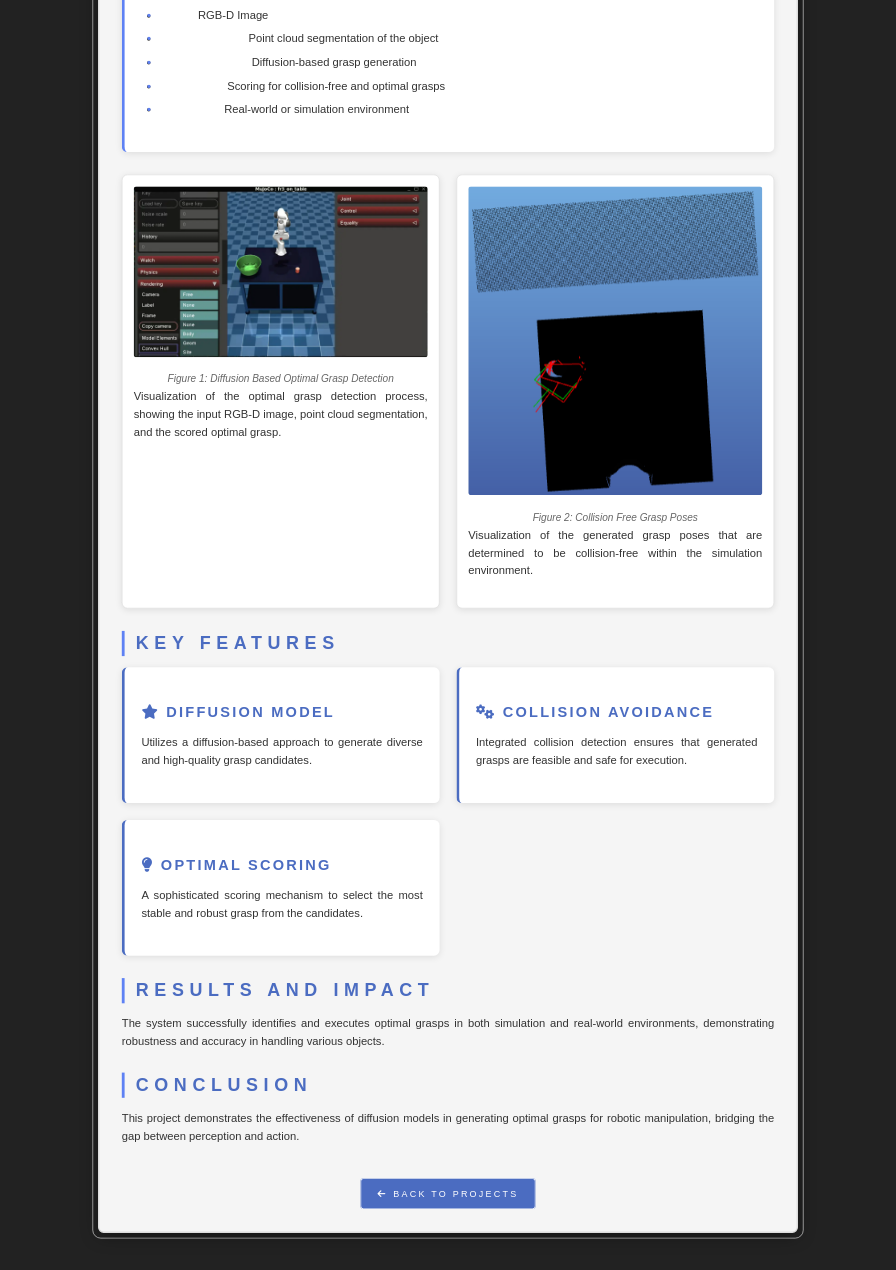
Repository: bk-poudel/bk-poudel.github.io
Page: projects/optimal_grasp_diffusion.html
The author's editor kept a copy of each file at every save. The page is drawn from the files as they stood at one save, then again after the next save.
The browser window is 1280 px wide. The pictures show the part of the page from y = 645 to 2565 px (the page is 2459 px tall before and 3165 px after), at 70% of full size.

Above is the page before, as saved 2025-12-29 01:46:29.

### projects/optimal_grasp_diffusion.html
<!DOCTYPE HTML>
<html lang="en">
<head>
    <title>Diffusion Based Optimal Grasp Detection - BK Poudel</title>
    <meta charset="utf-8" />
    <meta name="viewport" content="width=device-width, initial-scale=1, user-scalable=no" />
    <link rel="stylesheet" href="assets/css/main.css" />
    <link rel="stylesheet" href="https://cdnjs.cloudflare.com/ajax/libs/font-awesome/6.4.0/css/all.min.css" />
    <noscript><link rel="stylesheet" href="assets/css/noscript.css" /></noscript>
    <style>
        /* Consistent color scheme with dark background and light content */
        :root {
            --primary: #4b6cc1;
            --secondary: #666666;
            --accent: #5e81f4;
            --light: #f8f8f8;
            --dark: #1a1a1a;
            --text: #333333;
            --frame-color: #dddddd;
            --bg-color: #222222;
            --content-bg: #f5f5f5;
        }
        body {
            background-color: var(--bg-color);
            font-family: 'Arial', sans-serif;
            line-height: 1.6;
            padding: 20px;
        }
        .project-content {
            max-width: 1000px;
            margin: 2rem auto;
            padding: 2rem;
            background: var(--content-bg);
            border-radius: 8px;
            box-shadow: 0 4px 25px rgba(0,0,0,0.4);
            border: 2px solid var(--frame-color);
            position: relative;
            color: var(--text);
        }
        .project-content::before {
            content: "";
            position: absolute;
            top: -10px;
            left: -10px;
            right: -10px;
            bottom: -10px;
            border: 1px solid var(--frame-color);
            border-radius: 12px;
            pointer-events: none;
            z-index: -1;
        }
        h1 {
            text-align: center;
            color: var(--primary);
            font-size: 2.2rem;
            margin-bottom: 1.5rem;
            position: relative;
            padding-bottom: 1rem;
        }
        h1::after {
            content: "";
            position: absolute;
            bottom: 0;
            left: 50%;
            transform: translateX(-50%);
            width: 100px;
            height: 3px;
            background: var(--accent);
        }
        h2 {
            color: var(--primary);
            font-size: 1.6rem;
            margin-top: 2rem;
            margin-bottom: 1rem;
            border-left: 4px solid var(--accent);
            padding-left: 1rem;
        }
        h3 {
            color: var(--primary);
            font-size: 1.3rem;
            margin-top: 1.5rem;
        }
        p {
            text-align: justify;
            margin-bottom: 1.5rem;
            color: var(--text);
        }
        ul, ol {
            padding-left: 1.5rem;
            margin-bottom: 1.5rem;
        }
        li {
            margin-bottom: 0.5rem;
            position: relative;
            color: var(--text);
        }
        li::before {
            content: "•";
            color: var(--accent);
            font-weight: bold;
            position: absolute;
            left: -1rem;
        }
        .button {
            background: var(--primary);
            color: white;
            padding: 0.8rem 1.5rem;
            border-radius: 4px;
            text-decoration: none;
            display: inline-flex;
            align-items: center;
            transition: all 0.3s ease;
            font-weight: 500;
            border: none;
        }
        .button:hover {
            background: var(--accent);
            transform: translateY(-2px);
        }
        .button i {
            margin-right: 0.5rem;
        }
        .abstract {
            background-color: rgba(75, 108, 193, 0.1);
            padding: 1.5rem;
            border-radius: 8px;
            margin-bottom: 2rem;
            border-left: 4px solid var(--primary);
        }
        .figure-container {
            display: flex;
            justify-content: space-around;
            flex-wrap: wrap;
            gap: 1.5rem;
            margin: 2rem 0;
        }
        .figure {
            flex: 1;
            min-width: 250px;
            text-align: center;
            background: white;
            padding: 1rem;
            border-radius: 8px;
            box-shadow: 0 2px 10px rgba(0,0,0,0.1);
            transition: transform 0.3s ease;
            border: 1px solid #e0e0e0;
        }
        .figure:hover {
            transform: translateY(-5px);
        }
        .figure img {
            width: 100%;
            height: auto;
            object-fit: cover;
            border-radius: 4px;
            margin-bottom: 0.8rem;
        }
        .figure-caption {
            font-style: italic;
            color: var(--secondary);
            font-size: 0.9rem;
        }
        .product-item {
            margin-bottom: 2.5rem;
            background: white;
            border-radius: 8px;
            overflow: hidden;
            box-shadow: 0 2px 15px rgba(0,0,0,0.1);
            border: 1px solid #e0e0e0;
        }
        .product-header {
            background: var(--primary);
            color: white;
            padding: 1rem;
            font-weight: 600;
        }
        .product-content {
            padding: 1.5rem;
        }
        .product-image {
            width: 100%;
            max-height: 400px;
            object-fit: cover;
            border-radius: 4px;
            margin-bottom: 1rem;
        }
        .impact-points {
            display: grid;
            grid-template-columns: repeat(auto-fit, minmax(250px, 1fr));
            gap: 1.5rem;
            margin-top: 1.5rem;
        }
        .impact-point {
            background: white;
            padding: 1.5rem;
            border-radius: 8px;
            box-shadow: 0 2px 10px rgba(0,0,0,0.1);
            text-align: center;
            border: 1px solid #e0e0e0;
        }
        .impact-point i {
            font-size: 2rem;
            color: var(--primary);
            margin-bottom: 1rem;
        }
        .methodology-item {
            background: white;
            padding: 1.5rem;
            border-radius: 8px;
            margin-bottom: 1.5rem;
            box-shadow: 0 2px 10px rgba(0,0,0,0.1);
            border-left: 4px solid var(--accent);
        }
        .github-button {
            background: #333;
            color: white;
            padding: 0.8rem 1.5rem;
            border-radius: 4px;
            text-decoration: none;
            display: inline-flex;
            align-items: center;
            transition: all 0.3s ease;
            font-weight: 500;
        }
        .github-button:hover {
            background: #555;
            transform: translateY(-2px);
        }
        .feature-list {
            display: grid;
            grid-template-columns: repeat(auto-fit, minmax(300px, 1fr));
            gap: 1.5rem;
        }
        .feature-item {
            background: white;
            padding: 1.5rem;
            border-radius: 8px;
            box-shadow: 0 2px 10px rgba(0,0,0,0.1);
            border-left: 4px solid var(--primary);
        }
        .video-container {
            position: relative;
            padding-bottom: 56.25%; /* 16:9 */
            height: 0;
            margin: 2rem 0;
        }
        .video-container iframe {
            position: absolute;
            top: 0;
            left: 0;
            width: 100%;
            height: 100%;
            border-radius: 8px;
            border: 1px solid #e0e0e0;
        }
        @media (max-width: 768px) {
            .project-content {
                padding: 1.5rem;
                margin: 1rem;
            }
            h1 {
                font-size: 1.8rem;
            }
            .figure-container {
                flex-direction: column;
            }
        }
    </style>
</head>
<body class="is-preload">
    <div class="project-content">
        <h1>Diffusion Based Optimal Grasp Detection</h1>
        <div class="abstract">
            <h2>Abstract</h2>
            <p>This project implements a diffusion-based optimal grasp detection system. It takes an RGB-D image as input and segments the point cloud of the object. This segmented point cloud is then fed into a diffusion-based grasp algorithm, which scores potential grasps. The system performs collision-free grasp detection and identifies the optimal grasp, which is then executed in a real-world or simulation environment.</p>
        </div>
        <!-- For technical projects -->
        <div class="technologies-used">
            <h2>Technical Implementation</h2>
            <div class="methodology-item">
                <h3><i class="fas fa-code"></i> Algorithm Pipeline</h3>
                <ul>
                    <li><strong>Input:</strong> RGB-D Image</li>
                    <li><strong>Preprocessing:</strong> Point cloud segmentation of the object</li>
                    <li><strong>Core Algorithm:</strong> Diffusion-based grasp generation</li>
                    <li><strong>Evaluation:</strong> Scoring for collision-free and optimal grasps</li>
                    <li><strong>Execution:</strong> Real-world or simulation environment</li>
                </ul>
            </div>
        </div>
        <!-- Image/Diagram Gallery -->
        <div class="figure-container">
            <div class="figure">
                <img src="../assets/project_images/diffusion_optimal_grasp/optimal_grasp.webp" alt="Optimal Grasp Detection">
                <div class="figure-caption">Figure 1: Diffusion Based Optimal Grasp Detection</div>
                <p>Visualization of the optimal grasp detection process, showing the input RGB-D image, point cloud segmentation, and the scored optimal grasp.</p>
            </div>
            <div class="figure">
                <img src="../assets/project_images/diffusion_optimal_grasp/collision_free_grasps.png" alt="Collision Free Grasp Poses">
                <div class="figure-caption">Figure 2: Collision Free Grasp Poses</div>
                <p>Visualization of the generated grasp poses that are determined to be collision-free within the simulation environment.</p>
            </div>
        </div>
        <!-- Key Features/Innovations -->
        <div class="products-created">
            <h2>Key Features</h2>
            <div class="feature-list">
                <div class="feature-item">
                    <h3><i class="fas fa-star"></i> Diffusion Model</h3>
                    <p>Utilizes a diffusion-based approach to generate diverse and high-quality grasp candidates.</p>
                </div>
                <div class="feature-item">
                    <h3><i class="fas fa-cogs"></i> Collision Avoidance</h3>
                    <p>Integrated collision detection ensures that generated grasps are feasible and safe for execution.</p>
                </div>
                <div class="feature-item">
                    <h3><i class="fas fa-lightbulb"></i> Optimal Scoring</h3>
                    <p>A sophisticated scoring mechanism to select the most stable and robust grasp from the candidates.</p>
                </div>
            </div>
        </div>
        <!-- Results/Impact Section -->
        <div class="impact">
            <h2>Results and Impact</h2>
            <p>The system successfully identifies and executes optimal grasps in both simulation and real-world environments, demonstrating robustness and accuracy in handling various objects.</p>
        </div>
        <div class="conclusion">
            <h2>Conclusion</h2>
            <p>This project demonstrates the effectiveness of diffusion models in generating optimal grasps for robotic manipulation, bridging the gap between perception and action.</p>
        </div>
        <div class="home-button" style="text-align: center; margin-top: 3rem;">
            <a href="../index.html#projects" class="button">
                <i class="fas fa-arrow-left"></i>
                Back to Projects
            </a>
        </div>
    </div>
    <!-- Scripts -->
    <script src="assets/js/jquery.min.js"></script>
    <script src="assets/js/browser.min.js"></script>
    <script src="assets/js/breakpoints.min.js"></script>
    <script src="assets/js/util.js"></script>
    <script src="assets/js/main.js"></script>
</body>
</html>

Loaded but not shown: assets/js/jquery.min.js (library); assets/js/browser.min.js (common file); assets/js/breakpoints.min.js (common file); assets/css/fontawesome-all.min.css (library); assets/js/util.js (587 lines, source omitted); assets/js/main.js (401 lines, source omitted); assets/css/main.css (1753 lines, source omitted)

After the next save:
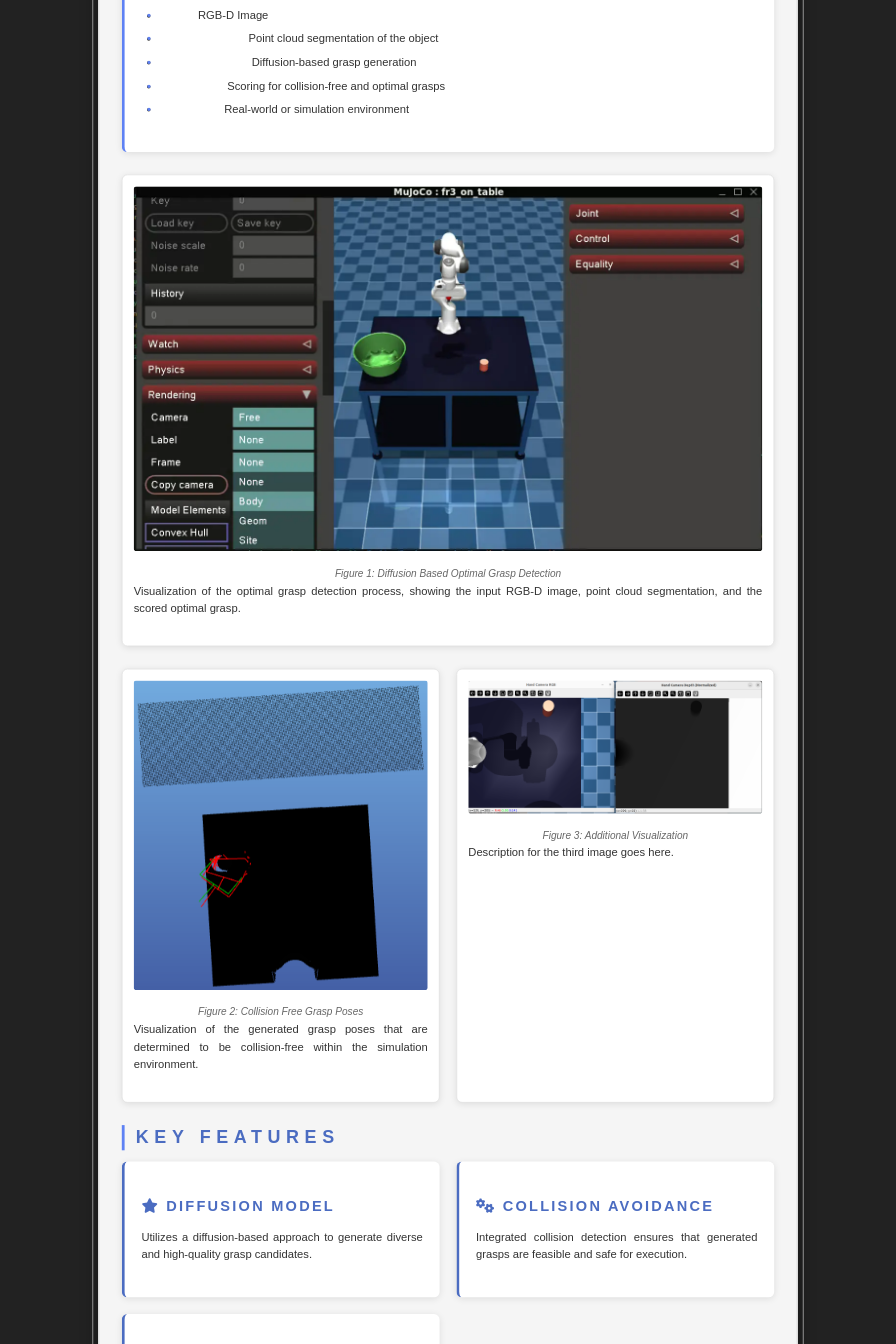
Saved 6 min 35 s later.
--- a/projects/optimal_grasp_diffusion.html
+++ b/projects/optimal_grasp_diffusion.html
@@ -289,16 +289,26 @@
             </div>
         </div>
         <!-- Image/Diagram Gallery -->
+        <!-- Main Figure (WebP) -->
         <div class="figure-container">
             <div class="figure">
-                <img src="../assets/project_images/diffusion_optimal_grasp/optimal_grasp.webp" alt="Optimal Grasp Detection">
-                <div class="figure-caption">Figure 1: Diffusion Based Optimal Grasp Detection</div>
-                <p>Visualization of the optimal grasp detection process, showing the input RGB-D image, point cloud segmentation, and the scored optimal grasp.</p>
-            </div>
+            <img src="../assets/project_images/diffusion_optimal_grasp/optimal_grasp.webp" alt="Optimal Grasp Detection">
+            <div class="figure-caption">Figure 1: Diffusion Based Optimal Grasp Detection</div>
+            <p>Visualization of the optimal grasp detection process, showing the input RGB-D image, point cloud segmentation, and the scored optimal grasp.</p>
+            </div>
+        </div>
+        <!-- Secondary Figures (Side by Side) -->
+        <div class="figure-container">
             <div class="figure">
-                <img src="../assets/project_images/diffusion_optimal_grasp/collision_free_grasps.png" alt="Collision Free Grasp Poses">
-                <div class="figure-caption">Figure 2: Collision Free Grasp Poses</div>
-                <p>Visualization of the generated grasp poses that are determined to be collision-free within the simulation environment.</p>
+            <img src="../assets/project_images/diffusion_optimal_grasp/collision_free_grasps.png" alt="Collision Free Grasp Poses">
+            <div class="figure-caption">Figure 2: Collision Free Grasp Poses</div>
+            <p>Visualization of the generated grasp poses that are determined to be collision-free within the simulation environment.</p>
+            </div>
+            <div class="figure">
+            <!-- Placeholder for the third image -->
+            <img src="../assets/project_images/diffusion_optimal_grasp/RGB-D_image.png" alt="Third Image">
+            <div class="figure-caption">Figure 3: Additional Visualization</div>
+            <p>Description for the third image goes here.</p>
             </div>
         </div>
         <!-- Key Features/Innovations -->
